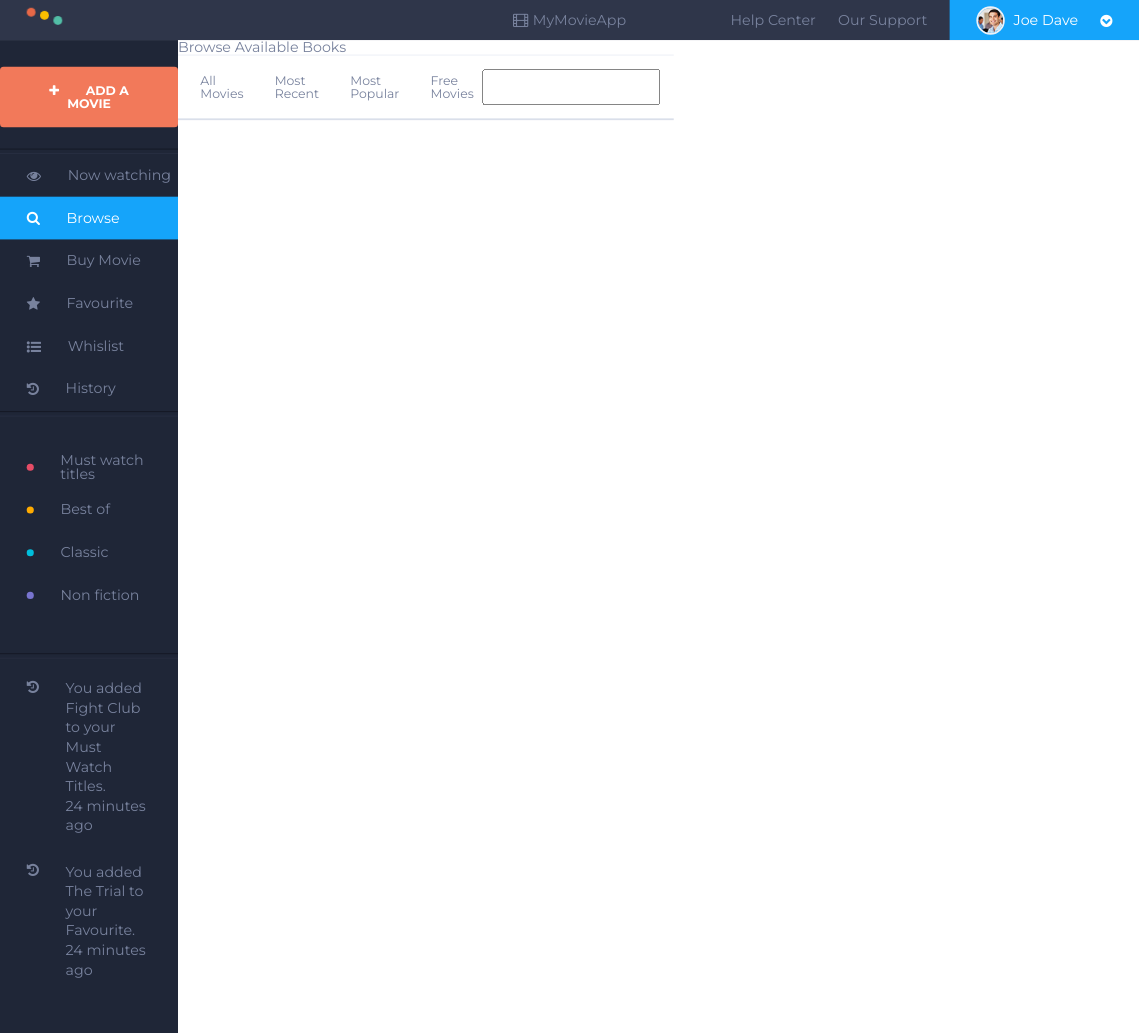
Repository: zyng/movie
Page: /
The author's editor kept a copy of each file at every save. The page is drawn from the files as they stood at one save, then again after the next save.
The browser window is 1280 px wide. The pictures show the whole page, at 89% of full size.
Some web libraries are served in a nearby version. The project was rebuilt for these pictures with package versions that can differ from the ones it lists, and the page was loaded fresh each time.

Above is the page before, as saved 2019-01-16 23:45:40.

### public/index.html
<!DOCTYPE html>
<html lang="en">

<head>
  <meta charset="UTF-8">
  <meta name="viewport" content="width=device-width, initial-scale=1.0">
  <meta http-equiv="X-UA-Compatible" content="ie=edge">
  <title>Document</title>
  <!-- <link rel="stylesheet" href="https://maxcdn.bootstrapcdn.com/bootstrap/4.0.0/css/bootstrap.min.css" integrity="sha384-Gn5384xqQ1aoWXA+058RXPxPg6fy4IWvTNh0E263XmFcJlSAwiGgFAW/dAiS6JXm"
    crossorigin="anonymous"> -->

  <link href="https://fonts.googleapis.com/css?family=Montserrat:400,700&amp;subset=latin-ext" rel="stylesheet">

</head>

<body>
  <div id="root"></div>





  <script src="https://code.jquery.com/jquery-3.2.1.slim.min.js" integrity="sha384-KJ3o2DKtIkvYIK3UENzmM7KCkRr/rE9/Qpg6aAZGJwFDMVNA/GpGFF93hXpG5KkN"
    crossorigin="anonymous"></script>
  <script src="https://cdnjs.cloudflare.com/ajax/libs/popper.js/1.12.9/umd/popper.min.js" integrity="sha384-ApNbgh9B+Y1QKtv3Rn7W3mgPxhU9K/ScQsAP7hUibX39j7fakFPskvXusvfa0b4Q"
    crossorigin="anonymous"></script>
  <script src="https://maxcdn.bootstrapcdn.com/bootstrap/4.0.0/js/bootstrap.min.js" integrity="sha384-JZR6Spejh4U02d8jOt6vLEHfe/JQGiRRSQQxSfFWpi1MquVdAyjUar5+76PVCmYl"
    crossorigin="anonymous"></script>
</body>

</html>

### src/index.js
import React from 'react';
import ReactDOM from 'react-dom';
import App from './components/App';
import 'bootstrap/dist/css/bootstrap.min.css';
import './css/style.css';
import 'font-awesome/css/font-awesome.min.css';
import * as serviceWorker from './serviceWorker';

ReactDOM.render(<App />, document.getElementById('root'));

serviceWorker.unregister();

### src/components/App.js
import React, { Component } from 'react';

import Header from './Header/Header';
import Navigation from './Navigation/Navigation';
import MainContent from './Main/Main';


class App extends Component {


  render() {
    return (
      <>
        <Header />

        <main>
          <Navigation />
          <MainContent />
        </main>

      </>
    );
  }
}

export default App;

### src/css/style.css
/* http://meyerweb.com/eric/tools/css/reset/
   v2.0 | 20110126
   License: none (public domain)
*/
html, body, div, span, applet, object, iframe, h1, h2, h3, h4, h5, h6, p, blockquote, pre, a, abbr, acronym, address, big, cite, code, del, dfn, em, img, ins, kbd, q, s, samp, small, strike, strong, sub, sup, tt, var, b, u, i, center, dl, dt, dd, ol, ul, li, fieldset, form, label, legend, table, caption, tbody, tfoot, thead, tr, th, td, article, aside, canvas, details, embed, figure, figcaption, footer, header, hgroup, menu, nav, output, ruby, section, summary, time, mark, audio, video { margin: 0; padding: 0; border: 0; font-size: 100%; font: inherit; vertical-align: baseline; }

/* HTML5 display-role reset for older browsers */
article, aside, details, figcaption, figure, footer, header, hgroup, menu, nav, section { display: block; }

body { line-height: 1; }

ol, ul { list-style: none; }

blockquote, q { quotes: none; }

blockquote:before, blockquote:after { content: ''; content: none; }

q:before, q:after { content: ''; content: none; }

table { border-collapse: collapse; border-spacing: 0; }

.header { display: -webkit-box; display: -ms-flexbox; display: flex; height: 45px; background-color: #2f364a; -webkit-box-align: center; -ms-flex-align: center; align-items: center; }

.header__logo { position: absolute; left: 30px; display: -webkit-box; display: -ms-flexbox; display: flex; }

.header__logo div { width: 10px; height: 10px; border-radius: 5px; -webkit-animation: jump .6s infinite; animation: jump .6s infinite; }

.header__logo div:not(:last-child) { margin-right: 5px; }

.header__logo .header__logo--red { background-color: #e76847; }

.header__logo .header__logo--yellow { background-color: #fabf00; -webkit-animation-delay: .1s; animation-delay: .1s; }

.header__logo .header__logo--green { background-color: #52bea6; -webkit-animation-delay: .2s; animation-delay: .2s; }

.header__title { position: absolute; left: 50%; -webkit-transform: translateX(-50%); -ms-transform: translateX(-50%); transform: translateX(-50%); }

.header__title i { margin-right: 5px; }

.header__title i:before { font-size: 16px; }

@media screen and (max-width: 1279px) { .header__title { position: static; margin-left: 140px; } }

.header__nav { position: absolute; right: 0; display: -webkit-box; display: -ms-flexbox; display: flex; -webkit-box-align: center; -ms-flex-align: center; align-items: center; }

.header__nav a { text-decoration: none; }

.header__nav > a { color: #78829d; position: relative; }

.header__nav > a:hover::after { content: ''; position: absolute; top: 50%; -webkit-transform: translateY(-50%); -ms-transform: translateY(-50%); transform: translateY(-50%); right: -15px; width: 8px; height: 8px; border-radius: 50%; background-color: rgba(25, 32, 46, 0.7); }

.header__nav .profile { padding: 0 30px; background-color: #15a4fa; height: 45px; display: -webkit-box; display: -ms-flexbox; display: flex; -webkit-box-align: center; -ms-flex-align: center; align-items: center; }

.header__nav .profile a { display: -webkit-box; display: -ms-flexbox; display: flex; -webkit-box-align: center; -ms-flex-align: center; align-items: center; }

.header__nav .profile__logo { width: 32px; height: 32px; border-radius: 16px; border: 2px solid #eef1f7; margin-right: 10px; }

.header__nav .profile__logo img { -o-object-fit: cover; object-fit: cover; width: 100%; height: 100%; border-radius: 50%; }

.header__nav .profile__name { color: #fff; }

.header__nav .profile i { margin-left: 25px; color: #fff; }

.header__nav > a { margin-right: 25px; }

@-webkit-keyframes jump { 0% { -webkit-transform: translateY(0); transform: translateY(0); }
  50% { -webkit-transform: translateY(-10px); transform: translateY(-10px); }
  100% { -webkit-transform: translateY(0); transform: translateY(0); } }

@keyframes jump { 0% { -webkit-transform: translateY(0); transform: translateY(0); }
  50% { -webkit-transform: translateY(-10px); transform: translateY(-10px); }
  100% { -webkit-transform: translateY(0); transform: translateY(0); } }

.menu { left: 0; background-color: #1f2637; min-height: 100vh; max-width: 350px; }

.menu__new-movie { display: -webkit-box; display: -ms-flexbox; display: flex; -webkit-box-pack: center; -ms-flex-pack: center; justify-content: center; -webkit-box-align: center; -ms-flex-align: center; align-items: center; padding: 30px 0; position: relative; }

.menu__new-movie button { min-width: 200px; padding: 20px 30px; border-radius: 4px; background-color: #f2795a; border: none; outline: none; color: #fff; text-transform: uppercase; font-weight: 700; font-size: 14px; }

.menu__new-movie button i { margin-right: 30px; }

.menu__new-movie button:hover { cursor: pointer; }

.menu__new-movie::after { content: ''; height: 6px; width: 100%; position: absolute; bottom: 0; border-bottom: 1px solid rgba(120, 130, 157, 0.1); border-top: 1px solid #141824; }

.menu__movie-search { display: -webkit-box; display: -ms-flexbox; display: flex; -webkit-box-orient: vertical; -webkit-box-direction: normal; -ms-flex-direction: column; flex-direction: column; padding: 0; position: relative; -webkit-box-sizing: border-box; box-sizing: border-box; }

.menu__movie-search a { height: 48px; width: 100%; display: -webkit-box; display: -ms-flexbox; display: flex; -webkit-box-align: center; -ms-flex-align: center; align-items: center; padding-left: 30px; }

.menu__movie-search a.active { background-color: #15a4fa; color: #fff; }

.menu__movie-search a:hover:not(.active) { background-color: #2f364a; color: #fff; }

.menu__movie-search i { margin-right: 30px; }

.menu__movie-search::after { content: ''; height: 6px; width: 100%; position: absolute; bottom: -7px; border-bottom: 1px solid rgba(120, 130, 157, 0.1); border-top: 1px solid #141824; }

.menu__personal-categories { display: -webkit-box; display: -ms-flexbox; display: flex; -webkit-box-orient: vertical; -webkit-box-direction: normal; -ms-flex-direction: column; flex-direction: column; position: relative; padding: 40px 0; -webkit-box-sizing: border-box; box-sizing: border-box; }

.menu__personal-categories a { padding-left: 30px; display: -webkit-box; display: -ms-flexbox; display: flex; -webkit-box-align: center; -ms-flex-align: center; align-items: center; height: 48px; }

.menu__personal-categories a::before { content: ''; width: 8px; height: 8px; position: relative; border-radius: 50%; display: block; margin-right: 30px; }

.menu__personal-categories a:nth-child(1)::before { background-color: #e64c66; }

.menu__personal-categories a:nth-child(2)::before { background-color: #ffab00; }

.menu__personal-categories a:nth-child(3)::before { background-color: #00bfdd; }

.menu__personal-categories a:nth-child(4)::before { background-color: #7874cf; }

.menu__personal-categories a:hover { background-color: #2f364a; }

.menu__personal-categories::after { content: ''; height: 6px; width: 100%; position: absolute; bottom: -7px; border-bottom: 1px solid rgba(120, 130, 157, 0.1); border-top: 1px solid #141824; }

.menu__history { display: -webkit-box; display: -ms-flexbox; display: flex; -webkit-box-orient: vertical; -webkit-box-direction: normal; -ms-flex-direction: column; flex-direction: column; padding: 30px; }

.menu__history .history__notification { display: -webkit-box; display: -ms-flexbox; display: flex; margin-bottom: 30px; font-weight: 300; }

.menu__history .history__notification i { margin-right: 30px; }

.menu__history .history__notification .notification__description { display: -webkit-box; display: -ms-flexbox; display: flex; -webkit-box-orient: vertical; -webkit-box-direction: normal; -ms-flex-direction: column; flex-direction: column; line-height: 22px; }

.menu__history .history__notification .notification__description span { font-weight: 500; }

.main__content { width: 100%; }

.main__header { background-color: #eef1f7; }

.main__header .main__title { font-size: 22px; line-height: 26px; color: #444c63; padding: 30px 0 30px 25px; border-bottom: 2px solid #dadfea; }

.main__actions-bar { padding: 15px; border-top: 2px solid #f4f6fa; display: -webkit-box; display: -ms-flexbox; display: flex; -webkit-box-pack: justify; -ms-flex-pack: justify; justify-content: space-between; border-bottom: 2px solid #dadfea; }

.main__actions-bar .main__filters { display: -webkit-box; display: -ms-flexbox; display: flex; }

.main__actions-bar .main__filters li:not(:last-child) { margin-right: 15px; }

.main__actions-bar .main__filters li { font-size: 14px; font-weight: 500; padding: 6px 10px; -webkit-transition: background-color .3s; -o-transition: background-color .3s; transition: background-color .3s; display: -webkit-box; display: -ms-flexbox; display: flex; -webkit-box-align: center; -ms-flex-align: center; align-items: center; border-radius: 10px; }

.main__actions-bar .main__filters li.active, .main__actions-bar .main__filters li:hover { cursor: pointer; background-color: #97b3ce; color: #fff; }

.main__actions-bar label { position: relative; }

.main__actions-bar label input { padding: 8px 15px; width: 200px; border-radius: 16px; background-color: #ffffff; border: 1px solid rgba(140, 151, 178, 0.4); font-size: 14px; -o-text-overflow: ellipsis; text-overflow: ellipsis; padding-right: 50px; -webkit-transition: width .3s; -o-transition: width .3s; transition: width .3s; }

.main__actions-bar label input::-webkit-input-placeholder { /* Chrome, Firefox, Opera, Safari 10.1+ */ color: #8c97b2; opacity: 1; /* Firefox */ }

.main__actions-bar label input:-ms-input-placeholder { /* Chrome, Firefox, Opera, Safari 10.1+ */ color: #8c97b2; opacity: 1; /* Firefox */ }

.main__actions-bar label input::-ms-input-placeholder { /* Chrome, Firefox, Opera, Safari 10.1+ */ color: #8c97b2; opacity: 1; /* Firefox */ }

.main__actions-bar label input::placeholder { /* Chrome, Firefox, Opera, Safari 10.1+ */ color: #8c97b2; opacity: 1; /* Firefox */ }

.main__actions-bar label input:-ms-input-placeholder { /* Internet Explorer 10-11 */ color: #8c97b2; }

.main__actions-bar label input::-ms-input-placeholder { /* Microsoft Edge */ color: #8c97b2; }

.main__actions-bar label input:focus { outline: none; width: 400px; }

.main__actions-bar label i { position: absolute; right: 10px; top: 50%; -webkit-transform: translateY(-50%); -ms-transform: translateY(-50%); transform: translateY(-50%); }

.movies { display: -webkit-box; display: -ms-flexbox; display: flex; -ms-flex-wrap: wrap; flex-wrap: wrap; width: 100%; padding: 30px 0 0 30px; }

.movie { margin-right: 2%; margin-bottom: 2%; width: 18%; }

.movie__content { position: relative; overflow: hidden; }

.movie__content img { width: 100%; height: 400px; -o-object-fit: cover; object-fit: cover; }

.movie__content .movie__rate { display: -webkit-box; display: -ms-flexbox; display: flex; -webkit-box-orient: vertical; -webkit-box-direction: normal; -ms-flex-direction: column; flex-direction: column; position: absolute; bottom: 10%; left: 50%; -webkit-transform: translateX(-50%); -ms-transform: translateX(-50%); transform: translateX(-50%); width: 100%; -webkit-box-pack: center; -ms-flex-pack: center; justify-content: center; -webkit-box-align: center; -ms-flex-align: center; align-items: center; }

.movie__content .movie__rate span { font-weight: 700; color: #fff; margin-bottom: 10px; }

.movie__content:hover .movie__actions { display: block; }

.movie__content:hover .movie__action a { -webkit-animation: entry .6s; animation: entry .6s; -webkit-animation-fill-mode: forwards; animation-fill-mode: forwards; }

.movie__content:hover .movie__action:nth-child(2) a { -webkit-animation-delay: .2s; animation-delay: .2s; }

.movie__content:hover .movie__action:nth-child(3) a { -webkit-animation-delay: .4s; animation-delay: .4s; }

.movie__content:hover .movie__action:nth-child(4) a { -webkit-animation-delay: .6s; animation-delay: .6s; }

.movie__content .movie__actions { position: absolute; top: 0; left: 0; width: 100%; height: 100%; z-index: 1; display: none; }

.movie__content .movie__actions .movie__add { position: absolute; top: 10px; left: 20px; display: -webkit-box; display: -ms-flexbox; display: flex; -webkit-box-orient: vertical; -webkit-box-direction: normal; -ms-flex-direction: column; flex-direction: column; }

.movie__content .movie__actions .movie__goto { position: absolute; top: 60%; left: 50%; -webkit-transform: translate(-50%, -50%); -ms-transform: translate(-50%, -50%); transform: translate(-50%, -50%); border: 1px solid #78829d; background-color: #2f364a; border-radius: 10px; padding: 7px 25px; white-space: nowrap; -webkit-transition: .3s all; -o-transition: .3s all; transition: .3s all; font-weight: 700; }

.movie__content .movie__actions .movie__goto:hover { background-color: #fff; color: #2f364a; }

.movie__content .movie__action { -webkit-box-align: center; -ms-flex-align: center; align-items: center; margin-bottom: 25px; cursor: pointer; display: -webkit-box; display: -ms-flexbox; display: flex; position: relative; }

.movie__content .movie__action:nth-child(1) a { background-color: #e64c66; }

.movie__content .movie__action:nth-child(2) a { background-color: #ffab00; }

.movie__content .movie__action:nth-child(3) a { background-color: #00bfdd; }

.movie__content .movie__action:nth-child(4) a { background-color: #7874cf; }

.movie__content .movie__action a { display: block; width: 20px; height: 20px; border-radius: 50%; margin-right: 20px; position: relative; left: -50px; }

.movie__content .movie__action:hover span { width: 160px; }

.movie__content .movie__action span { width: 0; overflow: hidden; color: #fff; -webkit-transition: .3s all; -o-transition: .3s all; transition: .3s all; white-space: nowrap; font-weight: 500; }

.movie__content:hover::after { content: ''; position: absolute; top: 0; left: 0; width: 100%; height: 100%; background-color: rgba(0, 0, 0, 0.7); }

.movie__description { display: -webkit-box; display: -ms-flexbox; display: flex; -webkit-box-pack: justify; -ms-flex-pack: justify; justify-content: space-between; padding-top: 15px; }

.movie__title-category { display: -webkit-box; display: -ms-flexbox; display: flex; -webkit-box-orient: vertical; -webkit-box-direction: normal; -ms-flex-direction: column; flex-direction: column; }

.movie__title-category .movie__title { font-weight: 700; margin-bottom: 8px; }

.movie__title-category .movie__category { font-weight: 100; }

.movie .movie__rating { font-weight: 700; font-size: 30px; margin-right: 10px; color: #f2795a; }

@-webkit-keyframes entry { 0% { left: -50px; }
  100% { left: 0; } }

@keyframes entry { 0% { left: -50px; }
  100% { left: 0; } }

body { color: #78829d; font-family: "Montserrat", sans-serif; font-size: 16px; }

a { color: #78829d; }

a:hover { color: #78829d; text-decoration: none; }

main { display: -webkit-box; display: -ms-flexbox; display: flex; }

### src/components/Header/Header.js
import React, { Component } from 'react';
import avatar from '../../img/avatar-01.png';

class Header extends Component {




    render() {
        return (
            <header class='header'>
                <a href="/" className="header__logo">
                    <div className="header__logo--red"></div>
                    <div className="header__logo--yellow"></div>
                    <div className="header__logo--green"></div>
                </a>
                <div className="header__title">
                    <i className="fa fa-film"></i>
                    <span>MyMovieApp</span>
                </div>
                <nav className="header__nav">
                    <a href="/">Help Center</a>
                    <a href="/">Our Support</a>
                    <div className="profile">
                        <a href="/">
                            <div className="profile__logo"><img src={avatar} alt="user avatar" /></div>
                            <div className="profile__name">Joe Dave</div>
                            <i class="fa fa-chevron-circle-down"></i>
                        </a>
                    </div>
                </nav>

            </header>
        );
    }
}

export default Header;

### src/components/Navigation/Navigation.js
import React, { Component } from 'react';


class Navigation extends Component {


    render() {
        return (
            <aside class="menu">
                <div className="menu__new-movie">
                    <button><i class="fa fa-plus"></i>Add a movie</button>
                </div>
                <nav class="menu__movie-search">
                    <a href="/"><i class="fa fa-eye"></i>Now watching</a>
                    <a href="/" class="active"><i class="fa fa-search"></i>Browse</a>
                    <a href="/"><i class="fa fa-shopping-cart"></i>Buy Movie</a>
                    <a href="/"><i class="fa fa-star"></i>Favourite</a>
                    <a href="/"><i class="fa fa-list-ul"></i>Whislist</a>
                    <a href="/"><i class="fa fa-history"></i>History</a>
                </nav>

                <div class="menu__personal-categories">
                    <a href="/">Must watch titles</a>
                    <a href="/">Best of</a>
                    <a href="/">Classic</a>
                    <a href="/">Non fiction</a>
                </div>

                <div className="menu__history">
                    <div className="history__notification">
                        <i class="fa fa-history"></i>
                        <div className="notification__description">
                            <div className="notification__text">You added <span>Fight Club</span> to your <span>Must Watch Titles</span>.</div>
                            <div className="notification__time">24 minutes ago</div>
                        </div>
                    </div>
                    <div className="history__notification">
                        <i class="fa fa-history"></i>
                        <div className="notification__description">
                            <div className="notification__text">You added <span>The Trial</span> to your <span>Favourite</span>.</div>
                            <div className="notification__time">24 minutes ago</div>
                        </div>
                    </div>
                </div>
            </aside>
        );
    }
}

export default Navigation;

### src/components/Main/Main.js
import React, { Component } from 'react';

class MainContent extends Component {



    render() {
        return (

            <>
                <header>
                    <div className="main__title">Browse Available Books</div>
                    <div className="main__actions-bar">
                        <ul className="main__filters">
                            <li>All Movies</li>
                            <li>Most Recent</li>
                            <li>Most Popular</li>
                            <li>Free Movies</li>
                        </ul>
                        <input type="text" className="main__movie-search" />
                    </div>
                </header>

                <section className="main__content">

                    <div className="main__movies">


                    </div>

                </section>

            </>


        );
    }
}

export default MainContent;

Loaded but not shown: src/serviceWorker.js (common file)

After the next save:
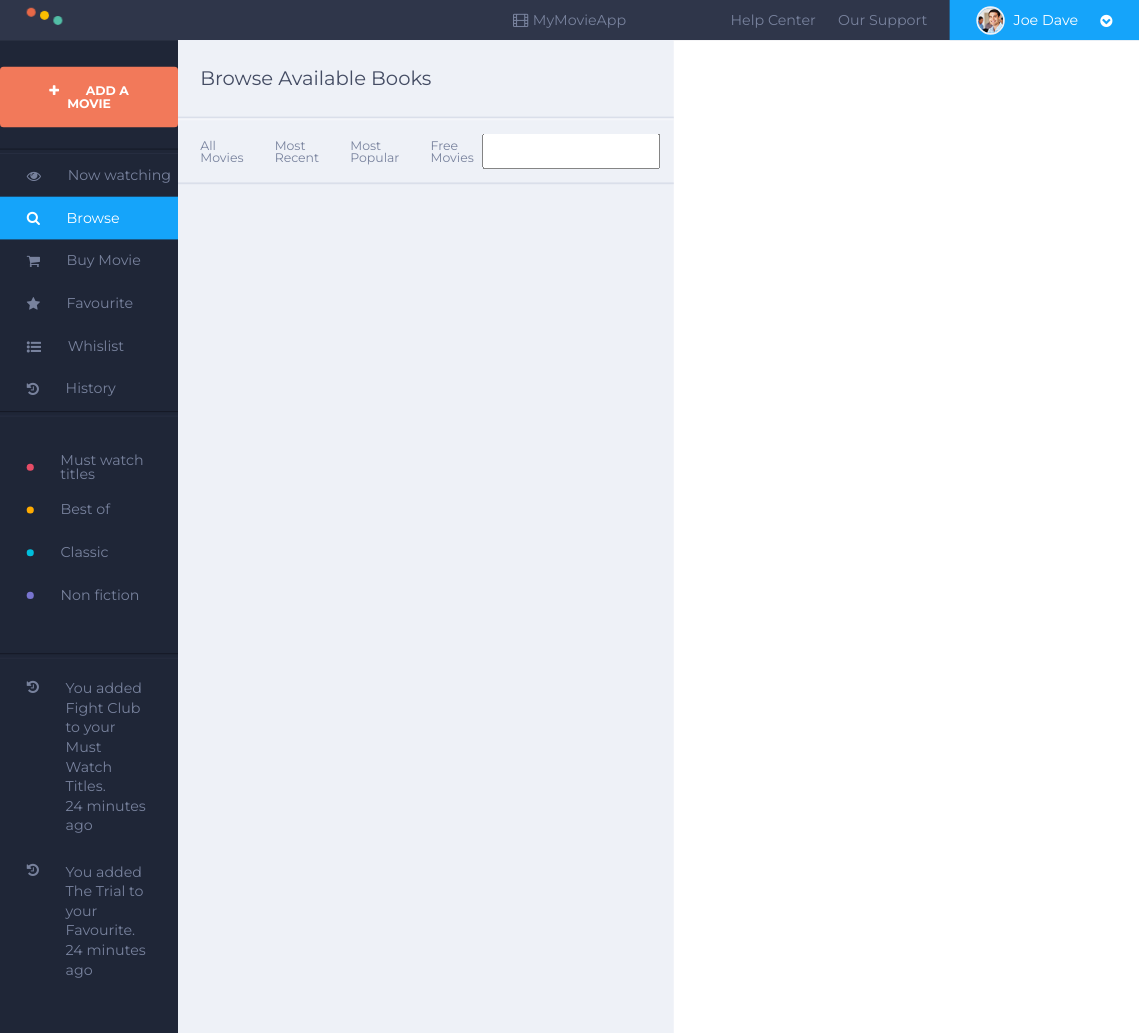
Saved 50 s later.
--- a/src/components/Main/Main.js
+++ b/src/components/Main/Main.js
@@ -8,7 +8,7 @@
         return (
 
             <>
-                <header>
+                <header className="main__header">
                     <div className="main__title">Browse Available Books</div>
                     <div className="main__actions-bar">
                         <ul className="main__filters">
